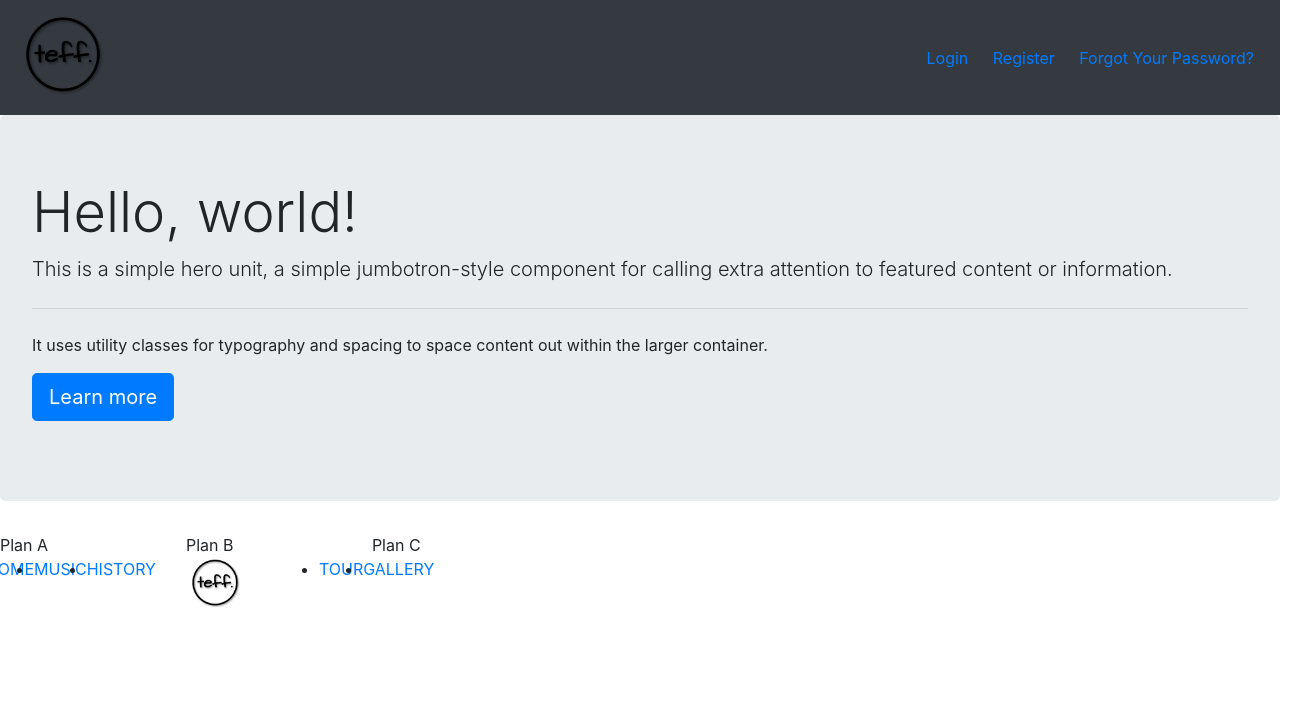
Repository: SamLookingGlass/FullStackDevelopment-Project
Page: accounts/templates/index.html
The author's editor kept a record of every edit. The page is drawn from the files as they stood at one moment, then again after the next edit.
The browser window is 1280 px wide. The page is 1295 px wide, so the pictures cover 1295 px, including what lies to the right of the window. The pictures show the whole page.
The page is served by the project's application, run on Django 2.2 (manage.py). The template is opened directly, without the code that normally fills it, so the values that code supplies are empty.

Above is the page before.

After the next edit:
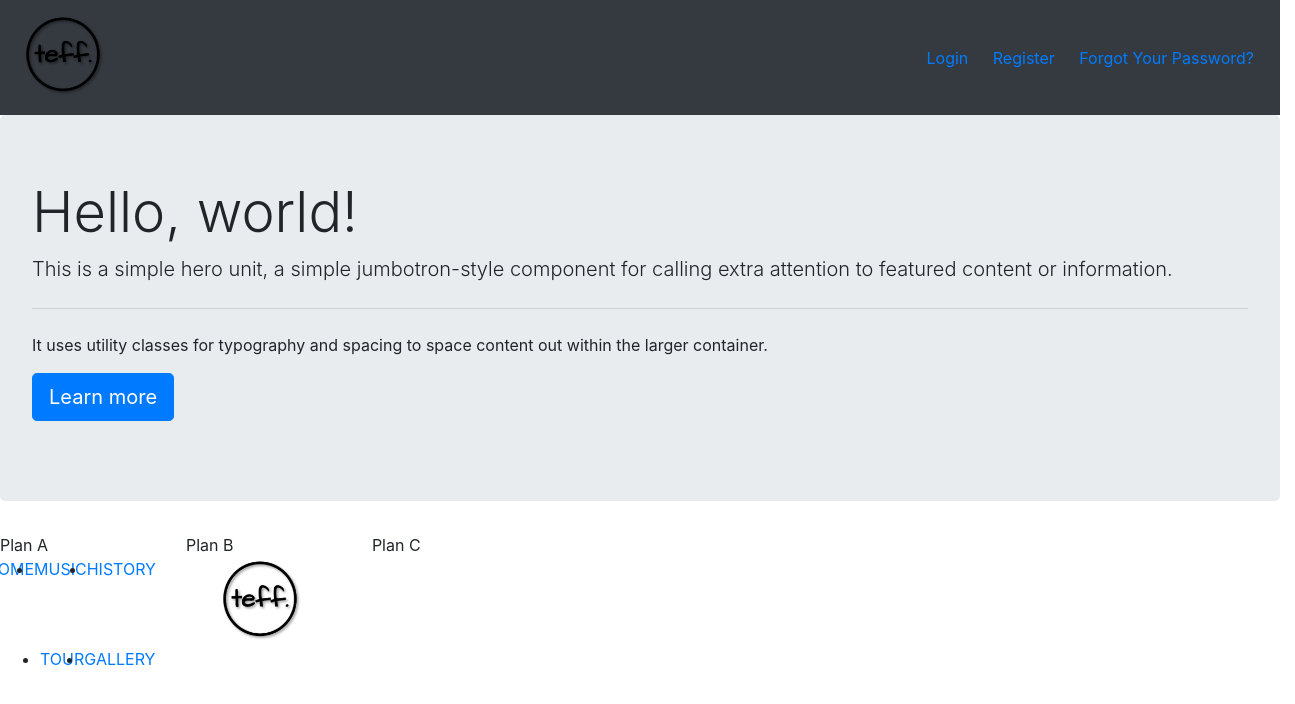
The edit:
--- a/accounts/templates/index.html
+++ b/accounts/templates/index.html
@@ -32,7 +32,7 @@
                         <li id="active"><a href="history.html">HISTORY</a></li>
                     </ul>
                 </div>
-                <div class="col-2 d-lg-flex justify-content-center">
+                <div class="col-4 d-lg-flex justify-content-center">
                     <a class="" href="home.html">
                      <img id="navlogo" class="img-fluid" src="images/logo/logo.png" alt="Quests Logo">
                 </a>
